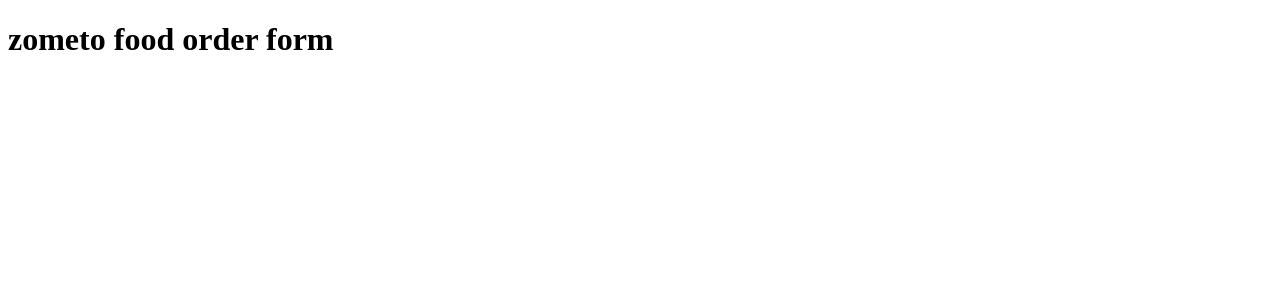
Repository: avishahir4812-crypto/Web-Development-Assignment
Page: session 3/task4.html
An editor plug-in stored every save of this project. The page is shown before and after the next save, followed by the edit.
The browser window is 1280 px wide. The pictures show the whole page.

Above is the page before, as saved 2026-06-28 10:53:35.

### session 3/task4.html
<!DOCTYPE html>
<html lang="en">
<head>
    <meta charset="UTF-8">
    <meta name="viewport" content="width=device-width, initial-scale=1.0">
    <title>Document</title>
</head>
<body>
    <h1>zometo food order form</h1>
</body>
</html>

After the next save:
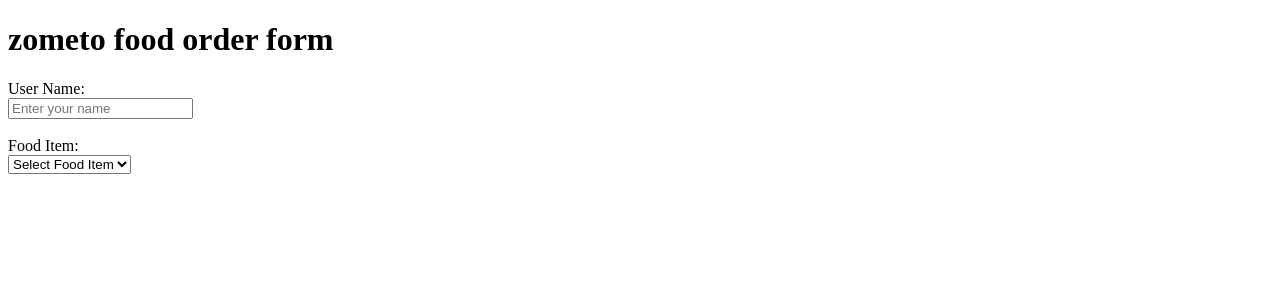
Saved 63 s later.
--- a/session 3/task4.html
+++ b/session 3/task4.html
@@ -7,5 +7,23 @@
 </head>
 <body>
     <h1>zometo food order form</h1>
+    <form action="" method="post">
+        <label for="username">User Name:</label><br>
+        <input
+            type="text"
+            id="username"
+            name="username"
+            placeholder="Enter your name"
+            required>
+        <br><br>
+         <label for="food">Food Item:</label><br>
+        <select id="food" name="food" required>
+            <option value="" selected disabled>Select Food Item</option>
+            <option value="Pizza">Pizza</option>
+            <option value="Burger">Burger</option>
+            <option value="Biryani">Biryani</option>
+            <option value="Pasta">Pasta</option>
+        </select>
+        <br><br>
 </body>
 </html>
